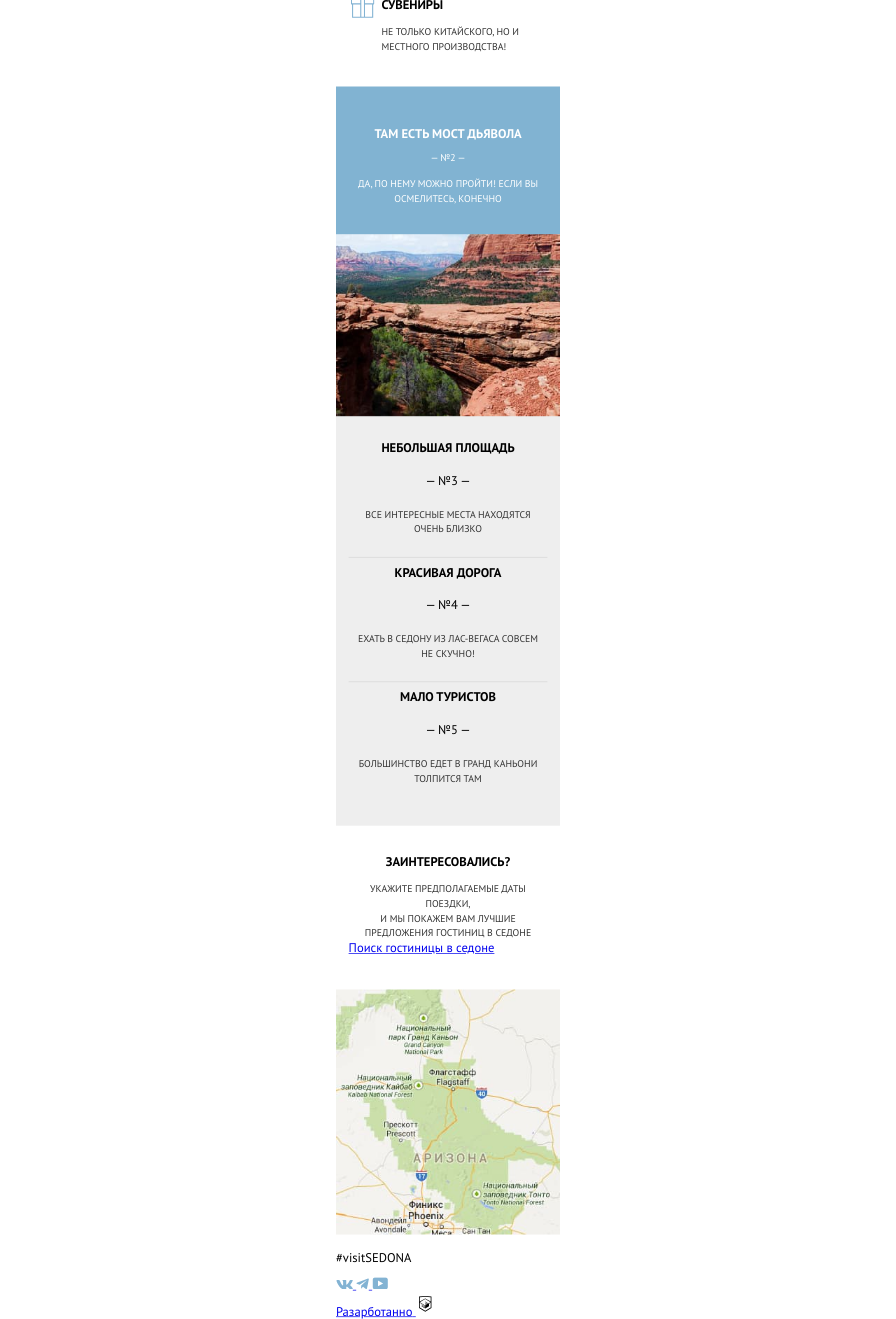
Repository: iKrekus/2149661-sedona-27
Page: source/index.html
An editor plug-in stored every save of this project. The page is shown before and after the next save, followed by the edit.
The browser window is 1280 px wide. The pictures show the part of the page from y = 1402 to 3322 px (the page is 3286 px tall before and 3322 px after), at 70% of full size.
The style sheet was rebuilt from its Sass, Less or Tailwind sources for each picture, by a compiler version that may differ from the author's.

Above is the page before, as saved 2022-12-05 13:06:43.

After the next save:
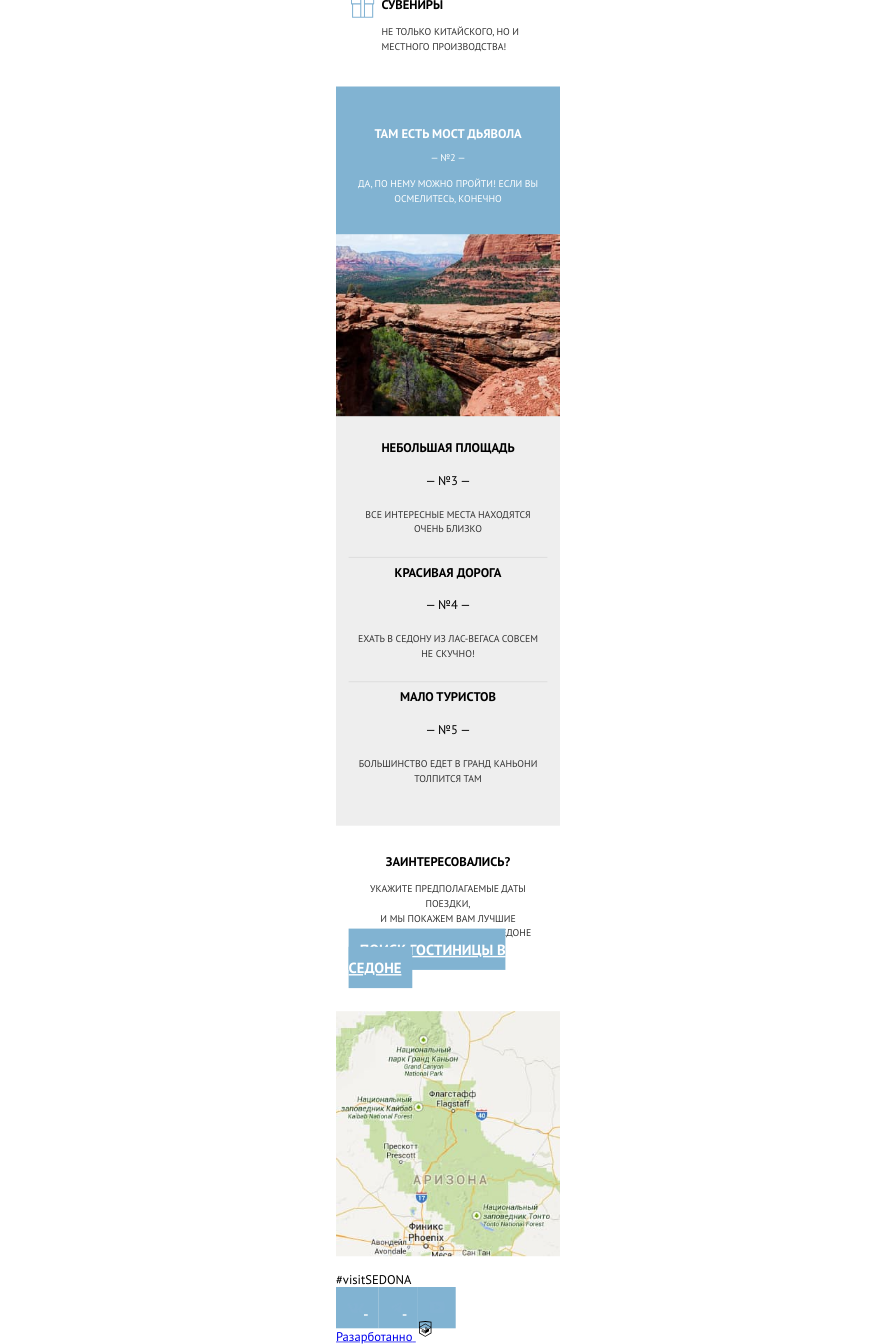
Saved 19 s later.
--- a/source/sass/style.scss
+++ b/source/sass/style.scss
@@ -8,6 +8,7 @@
 @use "./blocks/body/features.scss";
 @use "./blocks/body/advantages.scss";
 @use "./blocks/body/action-form.scss";
+@use "./blocks/body/button.scss";
 
 @font-face {
   font-family: "PT sans";
